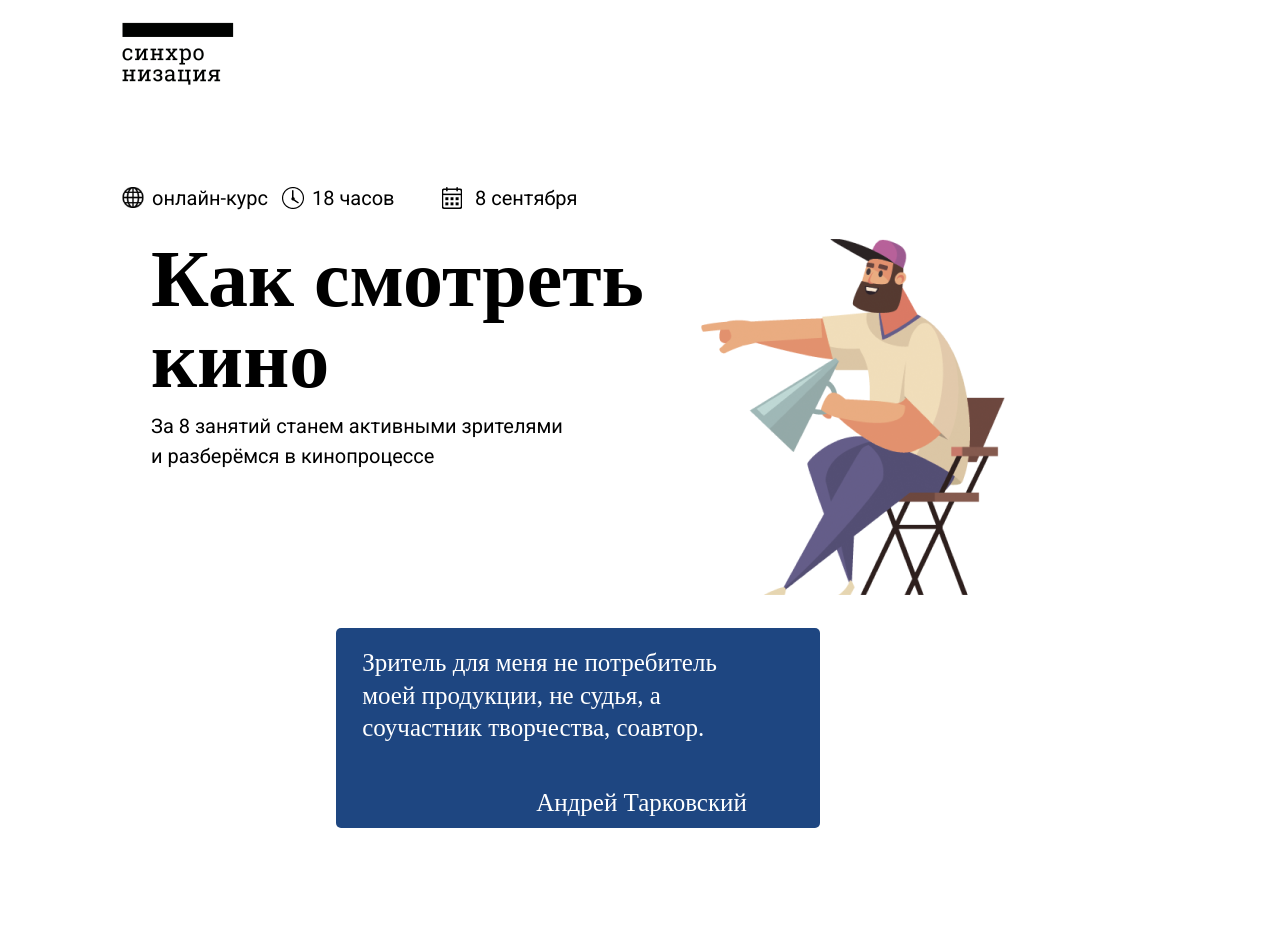
Repository: simralgasimov/task5
Page: index.html
An editor plug-in stored every save of this project. The page is shown before and after the next save, followed by the edit.
The browser window is 1280 px wide. The pictures show the whole page.

Above is the page before, as saved 2023-08-28 13:19:40.

After the next save:
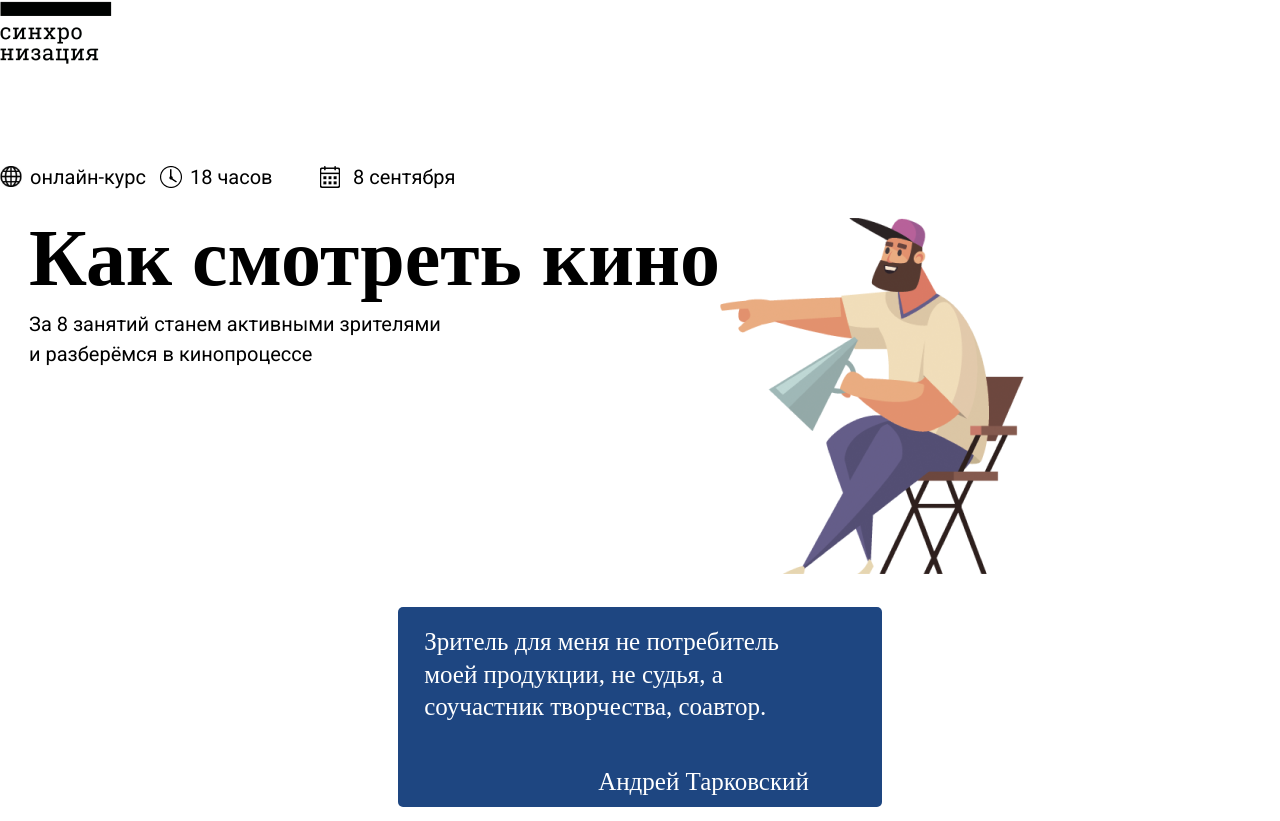
Saved 6 s later.
--- a/index.html
+++ b/index.html
@@ -7,7 +7,7 @@
     <link rel="stylesheet" href="index.css" />
   </head>
   <body>
-    <div class="collage">
+    <div class="container">
       <div class="logo">
         <img src="./img/logo_mobile_black 1 (1).png" alt="" />
       </div>

After the save that followed:
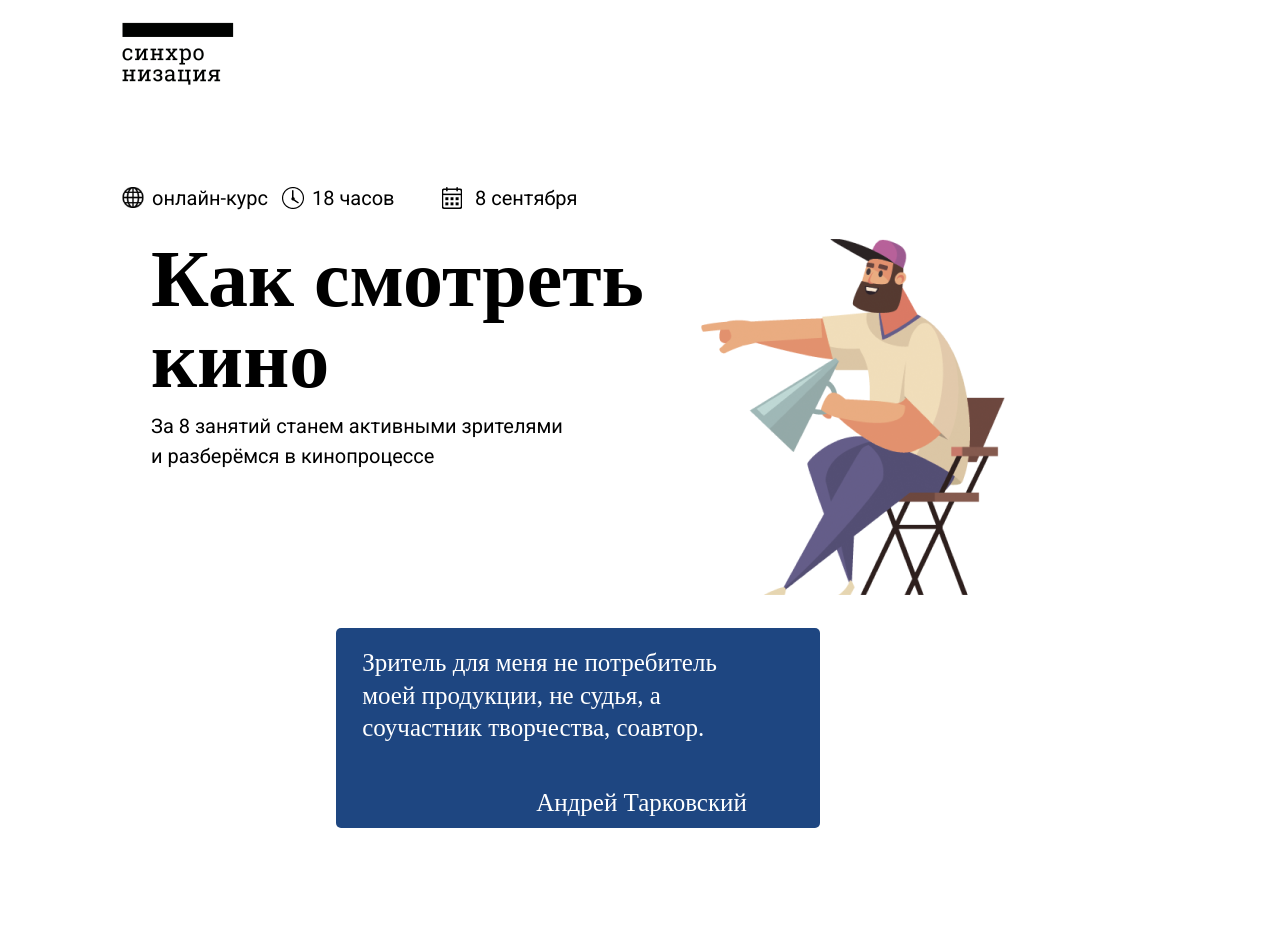
Saved 3 s later.
--- a/index.css
+++ b/index.css
@@ -5,7 +5,7 @@
   box-sizing: border-box;
 }
 
-.collage {
+.container {
   padding: 21px 246px 122px 122px;
 }
 
